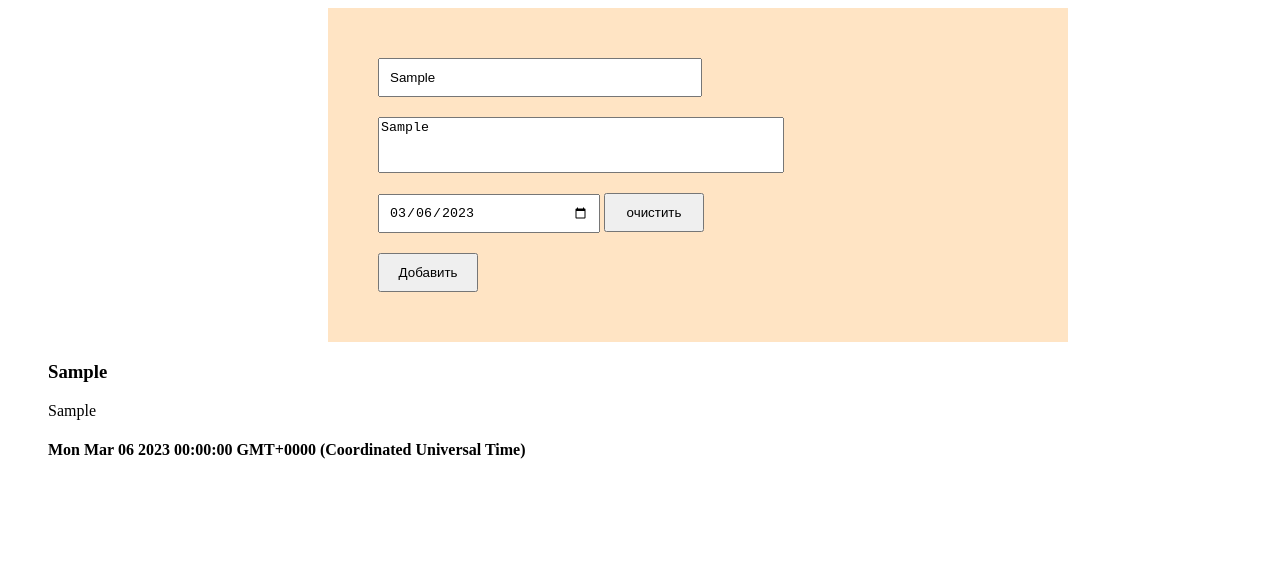
Repository: Grid-Master/commentList
Page: index.html
The author's editor kept a copy of each file at every save. The page is drawn from the files as they stood at one save, then again after the next save.
The browser window is 1280 px wide. The pictures show the whole page.
Empty fields were first filled with sample values (such as "Sample", 5 or name@example.com).
After loading, the first visible `form` was submitted once.

Above is the page before, as saved 2023-03-07 10:57:59.

After the next save:
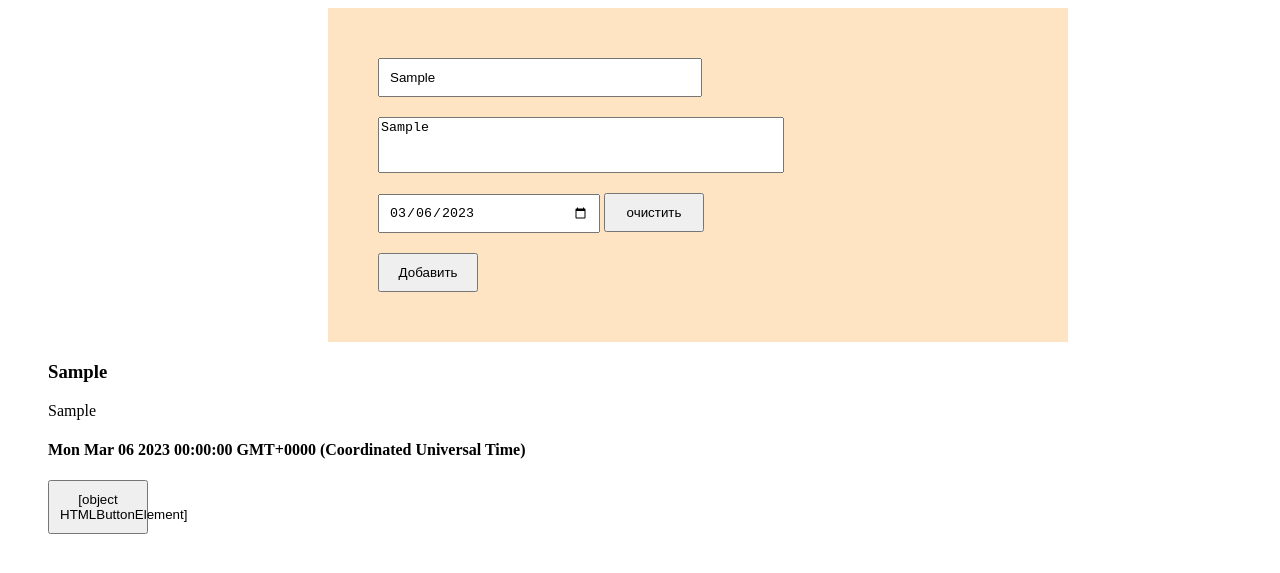
Saved 81 s later.
--- a/script.js
+++ b/script.js
@@ -15,13 +15,15 @@ function addComment() {
   let nameEl = document.createElement('h3');
   let commentEl = document.createElement('p');
   let dateEl = document.createElement('h4');
+  let deleteEl = document.createElement('button');
   let container = document.createElement('div');
 
   nameEl.innerHTML = name;
   commentEl.innerHTML = comment;
   dateEl.innerHTML = date;
-  container.append(nameEl, commentEl, dateEl);
+  deleteEl.innerHTML = deleteEl;
 
+  container.append(nameEl, commentEl, dateEl, deleteEl);
   list.append(container);
   //   list.append(listElem);
 
